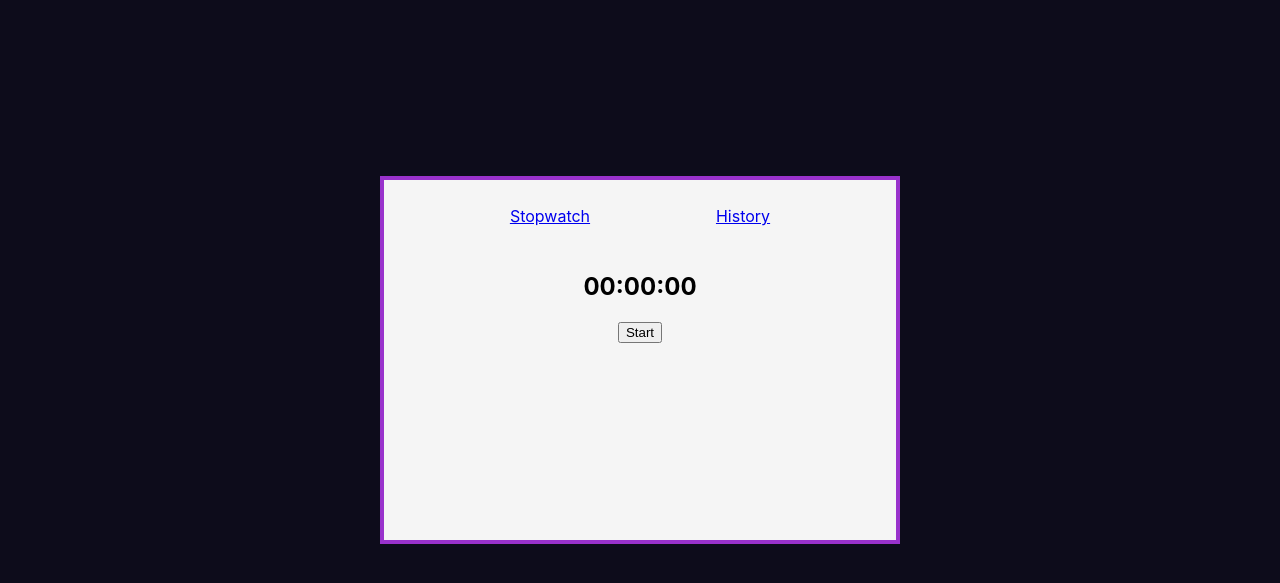
Repository: NicolasRSJ/fastdoubleclick
Page: /
These files come from the project's save history. The page is drawn as it stood at one moment and after the next save; the edit follows.
The browser window is 1280 px wide. The pictures show the whole page.
The project was rebuilt for these pictures with package versions that can differ from the ones it lists, and the page was loaded fresh each time.

Above is the page before, as saved 2022-10-27 20:27:00.

### src/App.js
import './App.css';
import { Stopwatch } from './Views/Stopwatch/Index';


function App() {
  return (
    <div className="App">
      <Stopwatch/>
    </div>
  );
}

export default App;

### src/App.css
.App {
  background-color: #0d0c1b;
  width: 100vw;
  height: 100vh;
  display: flex;
  flex-direction: column;
  align-items: center;
  justify-content: center;
  text-align: center;
}

### src/Views/Stopwatch/Index.jsx
import React, { useState, useEffect } from 'react'
import "./Index.css"

export const Stopwatch = () => {

    const [ time, setTimer ] = useState(0)
    const [ start, setStart ] = useState(false)

    useEffect(() => {
        let interval = null;

        if(start) {
            interval = setInterval(() => {
                setTimer(prevTime => prevTime + 10)
            }, 10);
        }else {
            clearInterval(interval);
        }

        return () => clearInterval(interval)
    }, [start])

    const HandlerButton = () => {
        if(start === false) {
            setStart(true)
        }else {
            setStart(false)
        }
    }

  return (
    <div className="container">
        <nav className="navigation">
            <p><a href='/'>Stopwatch</a></p>
            <p><a href='/historic'>History</a></p>
        </nav>
        <section className="contents">
            <h1>
                <span>{("0" + Math.floor((time / 60000) % 60)).slice(-2)}:</span>
                <span>{("0" + Math.floor((time / 1000) % 60)).slice(-2)}:</span>
                <span>{("0" + (time / 10) % 1000).slice(-2)}</span>
            </h1>
            <button onClick={() => {setStart(true)}}>Start</button>
        </section>
    </div>
  )
}

### src/Views/Stopwatch/Index.css
.container {
    width: 40%;
    height: 50vh;
    display: flex;
    flex-direction: column;
    background-color: whitesmoke;
    border: 4px solid darkorchid;
}

.navigation {
    width: 100%;
    height: 20%;
    display: flex;
    align-items: center;
    justify-content: space-evenly;
}

Loaded but not shown: public/index.html (common file); src/index.js (common file); src/index.css (common file); src/reportWebVitals.js (common file)

After the next save:
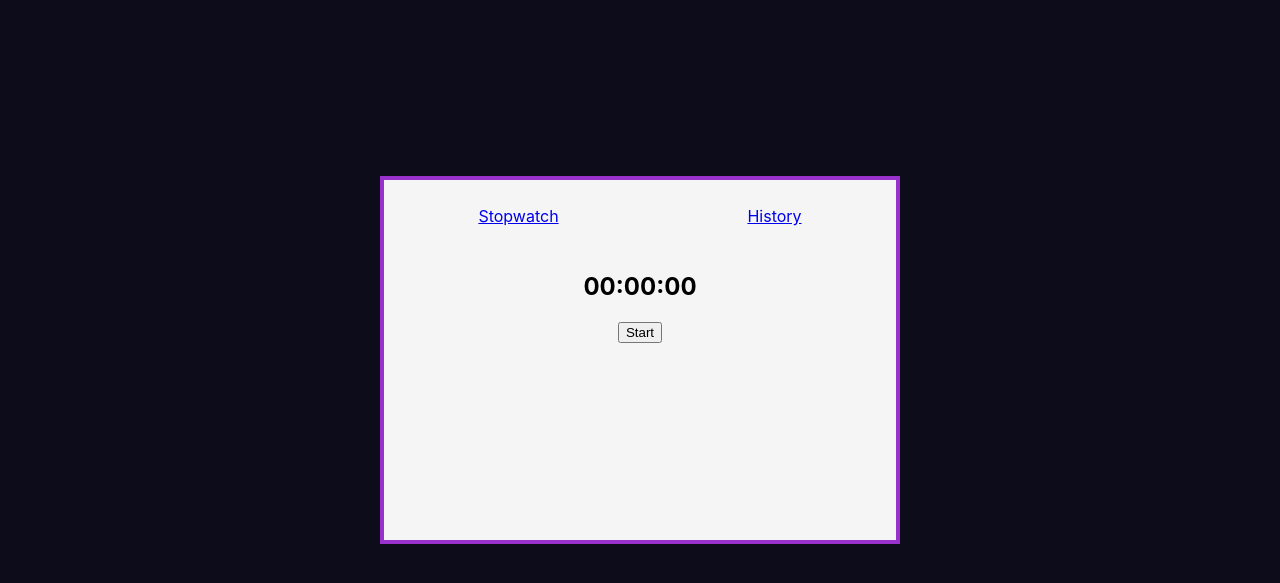
Saved 8 s later.
--- a/src/Views/Stopwatch/Index.css
+++ b/src/Views/Stopwatch/Index.css
@@ -12,5 +12,5 @@
     height: 20%;
     display: flex;
     align-items: center;
-    justify-content: space-evenly;
+    justify-content: space-around;
 }
